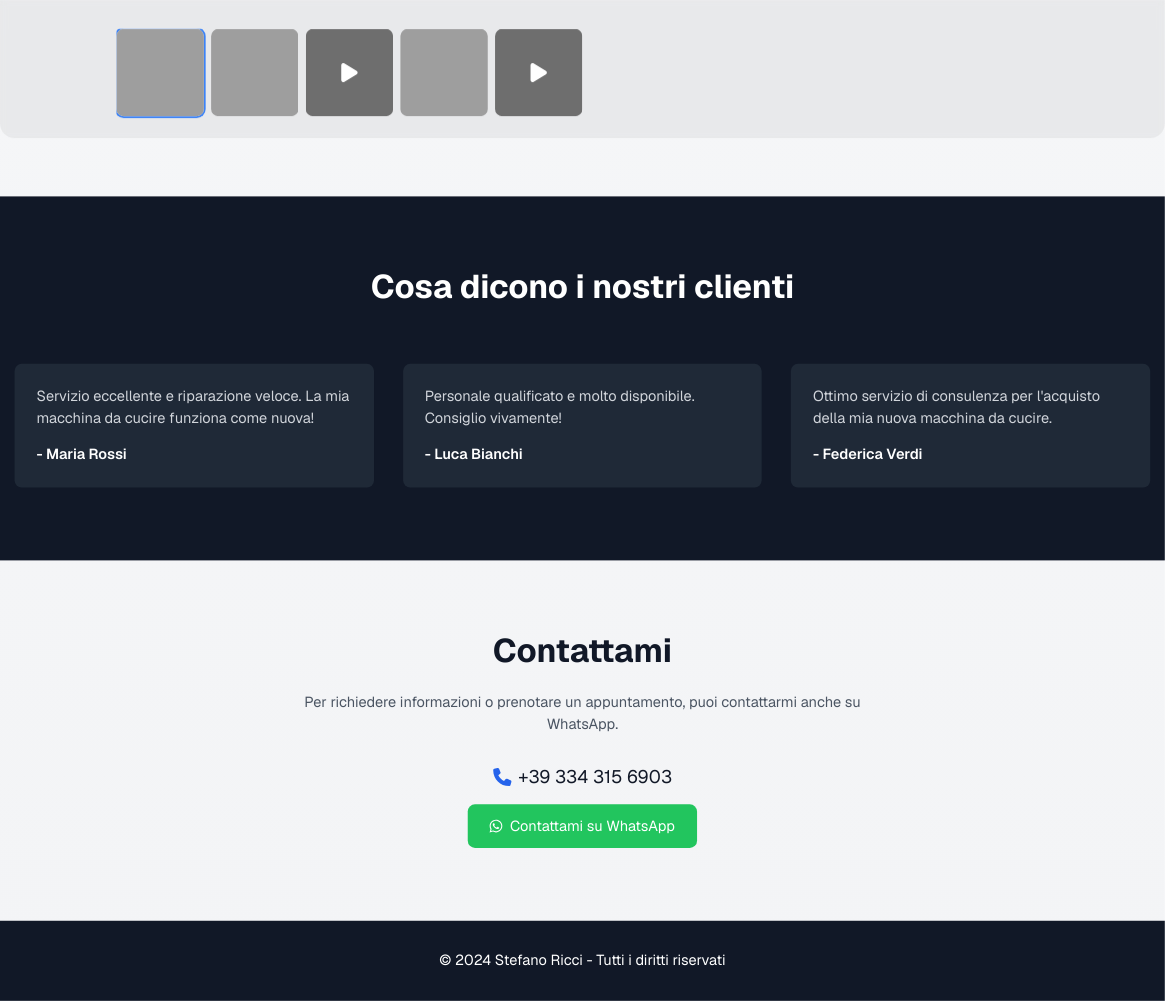
Repository: duttore/do
Page: /
An editor plug-in stored every save of this project. The page is shown before and after the next save, followed by the edit.
The browser window is 1280 px wide. The pictures show the part of the page from y = 1924 to 3024 px (the page is 3024 px tall before and 2988 px after), at 91% of full size.
Pictures or frames that could not be fetched are drawn as grey boxes. The project was rebuilt for these pictures with package versions that can differ from the ones it lists, and the page was loaded fresh each time. Some packages were replaced by stand-ins written for this rebuild. The framework's server and built-in components were replaced by stand-ins that run in the browser. Also part of the build but not shown: next.config.js.

Above is the page before, as saved 2024-10-28 01:58:53.

### src/app/page.tsx
"use client";

import { FontAwesomeIcon } from '@fortawesome/react-fontawesome';
import { faBars, faWrench, faCogs, faCommentDots, faPhone, faInfoCircle, faArrowRight, faPlay, faPause, faChevronLeft, faChevronRight } from '@fortawesome/free-solid-svg-icons';
import { faWhatsapp } from '@fortawesome/free-brands-svg-icons';
import { useState, useEffect, useRef } from 'react';
import Image from 'next/image';
import { motion, AnimatePresence } from 'framer-motion';

const fadeInUp = {
  initial: { opacity: 0, y: 20 },
  whileInView: { opacity: 1, y: 0 },
  viewport: { once: true },
  transition: { duration: 0.5 }
};

const mediaItems = [
  {
    type: 'image',
    url: 'https://cdn.discordapp.com/attachments/1297273560158568598/1299764812267651132/Screenshot_2024-08-21_210751.png',
    thumbnail: 'https://cdn.discordapp.com/attachments/1297273560158568598/1299764812267651132/Screenshot_2024-08-21_210751.png'
  },
  {
    type: 'image',
    url: 'https://cdn.discordapp.com/attachments/1297273560158568598/1299764812925894656/Screenshot_2024-03-03_001724.png',
    thumbnail: 'https://cdn.discordapp.com/attachments/1297273560158568598/1299764812925894656/Screenshot_2024-03-03_001724.png'
  },
  {
    type: 'video',
    url: 'https://cdn.discordapp.com/attachments/1297273560158568598/1299766082802028584/C0C0C0.mp4',
    thumbnail: 'https://cdn.discordapp.com/attachments/1297273560158568598/1299764812267651132/Screenshot_2024-08-21_210751.png'
  },
  {
    type: 'image',
    url: 'https://cdn.discordapp.com/attachments/1297273560158568598/1299764812267651132/Screenshot_2024-08-21_210751.png',
    thumbnail: 'https://cdn.discordapp.com/attachments/1297273560158568598/1299764812267651132/Screenshot_2024-08-21_210751.png'
  },
  {
    type: 'video',
    url: 'https://cdn.discordapp.com/attachments/1297273560158568598/1299766082802028584/C0C0C0.mp4',
    thumbnail: 'https://cdn.discordapp.com/attachments/1297273560158568598/1299764812267651132/Screenshot_2024-08-21_210751.png'
  }
];

const MediaCarousel = () => {
  const [currentIndex, setCurrentIndex] = useState(0);
  const [isPlaying, setIsPlaying] = useState(true);
  const videoRef = useRef<HTMLVideoElement | null>(null);

  const handleNext = () => {
    setCurrentIndex((prev) => (prev + 1) % mediaItems.length);
  };

  const handlePrev = () => {
    setCurrentIndex((prev) => (prev - 1 + mediaItems.length) % mediaItems.length);
  };

  const handleThumbnailClick = (index: number) => {
    setCurrentIndex(index);
  };

  const togglePlay = async () => {
    const currentItem = mediaItems[currentIndex];
    if (currentItem?.type === 'video' && videoRef.current) {
      try {
        if (isPlaying) {
          videoRef.current.pause();
        } else {
          await videoRef.current.play();
        }
        setIsPlaying(!isPlaying);
      } catch (error) {
        console.error('Error playing video:', error);
        if (!isPlaying) {
          setIsPlaying(false);
        }
      }
    }
  };

  const currentItem = mediaItems[currentIndex];

  return (
    <div className="relative bg-black/5 backdrop-blur-sm rounded-2xl p-4 my-16 px-8 lg:px-32">
      <div className="relative aspect-video rounded-xl overflow-hidden mb-8">
        <AnimatePresence mode="wait">
          {currentItem && currentItem.type === 'image' ? (
            <motion.div
              key={`image-${currentIndex}`}
              initial={{ opacity: 0 }}
              animate={{ opacity: 1 }}
              exit={{ opacity: 0 }}
              transition={{ duration: 0.5 }}
            >
              <Image
                src={currentItem.url}
                alt={`Slide ${currentIndex + 1}`}
                layout="fill"
                objectFit="cover"
                priority
              />
            </motion.div>
          ) : (
            currentItem && (
              <motion.video
                key={`video-${currentIndex}`}
                ref={videoRef}
                src={currentItem.url}
                className="w-full h-full object-cover"
                autoPlay
                loop
                muted
                initial={{ opacity: 0 }}
                animate={{ opacity: 1 }}
                exit={{ opacity: 0 }}
                transition={{ duration: 0.5 }}
              />
            )
          )}
        </AnimatePresence>

        <button
          onClick={handlePrev}
          className="absolute left-4 top-1/2 -translate-y-1/2 bg-black/30 hover:bg-black/40 backdrop-blur-md p-2 rounded-full text-white transition-all"
        >
          <FontAwesomeIcon icon={faChevronLeft} className="h-6 w-6" />
        </button>
        <button
          onClick={handleNext}
          className="absolute right-4 top-1/2 -translate-y-1/2 bg-black/30 hover:bg-black/40 backdrop-blur-md p-2 rounded-full text-white transition-all"
        >
          <FontAwesomeIcon icon={faChevronRight} className="h-6 w-6" />
        </button>

        {currentItem?.type === 'video' && (
          <button
            onClick={() => void togglePlay()}
            className="absolute bottom-4 right-4 bg-black/30 hover:bg-black/40 backdrop-blur-md p-2 rounded-full text-white transition-all"
          >
            <FontAwesomeIcon icon={isPlaying ? faPause : faPlay} className="h-6 w-6" />
          </button>
        )}
      </div>

      <div className="mt-4 flex gap-2 overflow-x-auto pb-2 snap-x">
        {mediaItems.map((item, index) => (
          <button
            key={index}
            onClick={() => handleThumbnailClick(index)}
            className={`relative flex-shrink-0 w-24 h-24 rounded-lg overflow-hidden snap-start ${
              currentIndex === index ? 'ring-2 ring-blue-500' : ''
            }`}
          >
            <Image
              src={item.thumbnail}
              alt={`Thumbnail ${index + 1}`}
              width={96}
              height={96}
              className="w-full h-full object-cover"
            />
            {item.type === 'video' && (
              <div className="absolute inset-0 flex items-center justify-center bg-black/30">
                <FontAwesomeIcon icon={faPlay} className="h-6 w-6 text-white" />
              </div>
            )}
          </button>
        ))}
      </div>
    </div>
  );
};

export default function Home() {
  const [menuOpen, setMenuOpen] = useState(false);
  const [scrolled, setScrolled] = useState(false);

  useEffect(() => {
    if (typeof window !== "undefined") {
      const handleScroll = () => {
        setScrolled(window.scrollY > 50);
      };
      window.addEventListener('scroll', handleScroll);
      return () => window.removeEventListener('scroll', handleScroll);
    }
  }, []);

  return (
    <div className="font-sans bg-gradient-to-b from-gray-50 to-gray-100 text-gray-900">
      <header className={`fixed w-full z-50 transition-all duration-300 ${scrolled ? 'bg-white/80 backdrop-blur-md border-b border-gray-200 shadow-lg' : 'bg-transparent'}`}>
        <div className="container mx-auto px-4 py-4">
          <div className="flex justify-between items-center">
            <motion.div
              initial={{ opacity: 0, x: -20 }}
              animate={{ opacity: 1, x: 0 }}
              className="text-2xl md:text-3xl font-bold"
            >
              <a href="#" className={`${scrolled ? 'text-gray-900' : 'text-white'} hover:text-blue-600 transition-colors`}>
                Stefano Ricci
              </a>
            </motion.div>

            <nav className="hidden md:flex space-x-8">
              {[
                { href: '#servizi', icon: faWrench, text: 'Servizi' },
                { href: '#chi-sono', icon: faInfoCircle, text: 'Chi Sono' },
                { href: '#contatti', icon: faPhone, text: 'Contatti' }
              ].map((item, index) => (
                <motion.a
                  key={index}
                  href={item.href}
                  initial={{ opacity: 0, y: -10 }}
                  animate={{ opacity: 1, y: 0 }}
                  transition={{ delay: index * 0.1 }}
                  className={`flex items-center space-x-2 ${scrolled ? 'text-gray-900' : 'text-white'} hover:text-blue-600 transition-colors duration-300`}
                >
                  <FontAwesomeIcon icon={item.icon} className="text-sm" />
                  <span>{item.text}</span>
                </motion.a>
              ))}
            </nav>

            <button
              onClick={() => setMenuOpen(!menuOpen)}
              className={`md:hidden p-2 rounded-lg ${scrolled ? 'text-gray-900' : 'text-white'}`}
            >
              <FontAwesomeIcon icon={faBars} className="text-xl" />
            </button>
          </div>

          {menuOpen && (
            <motion.div
              initial={{ opacity: 0, y: -20 }}
              animate={{ opacity: 1, y: 0 }}
              className="md:hidden absolute top-full left-0 right-0 bg-white shadow-lg rounded-b-lg"
            >
              {[
                { href: '#servizi', icon: faWrench, text: 'Servizi' },
                { href: '#chi-sono', icon: faInfoCircle, text: 'Chi Sono' },
                { href: '#contatti', icon: faPhone, text: 'Contatti' }
              ].map((item, index) => (
                <a
                  key={index}
                  href={item.href}
                  onClick={() => setMenuOpen(false)}
                  className="flex items-center space-x-2 px-6 py-4 hover:bg-gray-50 text-gray-900"
                >
                  <FontAwesomeIcon icon={item.icon} />
                  <span>{item.text}</span>
                </a>
              ))}
            </motion.div>
          )}
        </div>
      </header>

      <section className="relative min-h-screen flex items-center">
        <div className="absolute inset-0">
          <Image
            src="https://milanimacchinepercucire.com/wp-content/uploads/2024/02/milani_shop_desio-1024x575.webp"
            alt="Negozio Macchine da Cucire"
            layout="fill"
            objectFit="cover"
            priority
            className="brightness-50"
          />
        </div>
        <div className="container mx-auto px-4 relative z-10 pt-24">
          <motion.div
            initial={{ opacity: 0, y: 30 }}
            animate={{ opacity: 1, y: 0 }}
            transition={{ duration: 0.8 }}
            className="max-w-3xl mx-auto text-center text-white"
          >
            <h1 className="text-4xl md:text-6xl font-bold leading-tight mb-6">
              Assistenza Professionale per Macchine da Cucire
            </h1>
            <p className="text-xl md:text-2xl mb-8 text-gray-200">
              Riparazioni rapide ed efficienti per garantire il massimo delle prestazioni della tua macchina da cucire.
            </p>
            <div className="flex flex-col sm:flex-row justify-center gap-4">
              <a
                href="#servizi"
                className="inline-flex items-center space-x-2 bg-blue-600 text-white px-6 sm:px-8 py-3 sm:py-4 rounded-full hover:bg-blue-700 transition-colors duration-300 shadow-lg w-full sm:w-auto text-center"
              >
                <span>Scopri i servizi</span>
                <FontAwesomeIcon icon={faArrowRight} />
              </a>
              <a
                href="https://wa.me/393343156903"
                target="_blank"
                rel="noopener noreferrer"
                className="inline-flex items-center space-x-2 bg-green-500 text-white px-6 sm:px-8 py-3 sm:py-4 rounded-full hover:bg-green-600 transition-colors duration-300 shadow-lg w-full sm:w-auto text-center"
              >
                <FontAwesomeIcon icon={faWhatsapp} />
                <span>Contattami</span>
              </a>
            </div>
          </motion.div>
        </div>
      </section>

      <section id="servizi" className="py-20">
        <div className="container mx-auto px-4">
          <motion.div {...fadeInUp} className="text-center mb-16">
            <h2 className="text-3xl md:text-4xl font-bold mb-4">I nostri servizi</h2>
            <p className="text-gray-600 max-w-2xl mx-auto">
              Offriamo soluzioni complete per la manutenzione e riparazione della tua macchina da cucire
            </p>
          </motion.div>

          <div className="grid grid-cols-1 md:grid-cols-3 gap-8">
            {[
              { icon: faWrench, title: 'Riparazioni', description: 'Riparazioni complete per ogni tipo di macchina da cucire, meccanica o elettronica.' },
              { icon: faCogs, title: 'Manutenzione', description: 'Controllo e manutenzione preventiva per mantenere la macchina in condizioni ottimali.' },
              { icon: faCommentDots, title: 'Consulenza', description: 'Consulenza personalizzata per l\'acquisto di nuove macchine da cucire e accessori.' }
            ].map((service, index) => (
              <motion.div
                key={index}
                initial={{ opacity: 0, y: 20 }}
                whileInView={{ opacity: 1, y: 0 }}
                transition={{ delay: index * 0.2 }}
                viewport={{ once: true }}
                className="bg-white p-8 rounded-2xl shadow-lg hover:shadow-xl transition-shadow duration-300"
              >
                <div className="bg-blue-100 w-16 h-16 rounded-full flex items-center justify-center mx-auto mb-6">
                  <FontAwesomeIcon icon={service.icon} className="text-blue-600 text-2xl" />
                </div>
                <h3 className="text-xl font-bold mb-4">{service.title}</h3>
                <p className="text-gray-600">{service.description}</p>
              </motion.div>
            ))}
          </div>
        </div>
      </section>

      <MediaCarousel />

      <section id="testimonials" className="py-20 bg-gray-900 text-white">
        <div className="container mx-auto px-4">
          <motion.div {...fadeInUp} className="text-center mb-16">
            <h2 className="text-3xl md:text-4xl font-bold mb-4">Cosa dicono i nostri clienti</h2>
          </motion.div>

          <div className="grid grid-cols-1 md:grid-cols-3 gap-8">
            {[
              { text: "Servizio eccellente e riparazione veloce. La mia macchina da cucire funziona come nuova!", name: "Maria Rossi" },
              { text: "Personale qualificato e molto disponibile. Consiglio vivamente!", name: "Luca Bianchi" },
              { text: "Ottimo servizio di consulenza per l'acquisto della mia nuova macchina da cucire.", name: "Federica Verdi" }
            ].map((testimonial, index) => (
              <motion.div
                key={index}
                initial={{ opacity: 0, scale: 0.9 }}
                whileInView={{ opacity: 1, scale: 1 }}
                transition={{ delay: index * 0.2 }}
                viewport={{ once: true }}
                className="bg-gray-800 p-6 rounded-lg"
              >
                <p className="mb-4 text-gray-300">{testimonial.text}</p>
                <p className="font-semibold">- {testimonial.name}</p>
              </motion.div>
            ))}
          </div>
        </div>
      </section>

      <section id="contatti" className="py-20">
        <div className="container mx-auto px-4">
          <motion.div {...fadeInUp} className="text-center max-w-2xl mx-auto">
            <h2 className="text-3xl md:text-4xl font-bold mb-6">Contattami</h2>
            <p className="text-gray-600 mb-8">
              Per richiedere informazioni o prenotare un appuntamento, puoi contattarmi anche su WhatsApp.
            </p>
            <div className="space-y-4">
              <a
                href="tel:+393343156903"
                className="flex items-center justify-center space-x-2 text-xl"
              >
                <FontAwesomeIcon icon={faPhone} className="text-blue-600" />
                <span>+39 334 315 6903</span>
              </a>
              <a
                href="https://wa.me/393343156903"
                target="_blank"
                rel="noopener noreferrer"
                className="inline-flex items-center space-x-2 bg-green-500 text-white px-6 py-3 rounded-lg hover:bg-green-600 transition-colors duration-300"
              >
                <FontAwesomeIcon icon={faWhatsapp} />
                <span>Contattami su WhatsApp</span>
              </a>
            </div>
          </motion.div>
        </div>
      </section>

      <footer className="bg-gray-900 text-white py-8">
        <div className="container mx-auto px-4 text-center">
          <p>&copy; {new Date().getFullYear()} Stefano Ricci - Tutti i diritti riservati</p>
        </div>
      </footer>
    </div>
  );
}

### src/styles/globals.css
/* Import Tailwind's base styles, components, and utilities */
@tailwind base;
@tailwind components;
@tailwind utilities;

/* Global Reset */
*,
*::before,
*::after {
  box-sizing: border-box;
  margin: 0;
  padding: 0;
}

/* Ensure html and body take full height and support smooth scrolling */
html, body {
  height: 100%;
  scroll-behavior: smooth;
  font-family: var(--font-geist-sans);
}

/* Anchor tag reset and styles */
a {
  text-decoration: none;
  color: inherit;
  cursor: pointer;
}

/* Add consistent button styling */
button {
  cursor: pointer;
  background: none;
  border: none;
  font-family: inherit; /* Inherit font styles */
}

/* Utility class for smooth transitions */
.transition-all {
  transition: all 0.3s ease-in-out;
}

/* Section base styling */
section {
  padding-top: 2rem;
  padding-bottom: 2rem;
}

/* Define the custom CSS variable for the font */
:root {
  --font-geist-sans: 'Geist Sans', sans-serif;
}

/* Scrollbar styling for Webkit-based browsers (Chrome, Safari) */
body::-webkit-scrollbar {
  width: 8px;
}

body::-webkit-scrollbar-track {
  background: #f1f1f1; /* Background of the scrollbar track */
}

body::-webkit-scrollbar-thumb {
  background-color: #888; /* Color of the scrollbar handle */
  border-radius: 10px; /* Rounded corners */
}

body::-webkit-scrollbar-thumb:hover {
  background: #555; /* Darker color on hover */
}

/* Hero section image styling for better responsiveness */
.hero-image {
  object-fit: cover;
  width: 100%;
  height: auto;
}

/* Ensures fixed elements (like headers) don’t block content unintentionally */
header {
  z-index: 50;
}

/* Specific classes for the mobile menu */
.mobile-menu {
  position: fixed;
  top: 0;
  left: 0;
  width: 100%;
  height: 100vh;
  background-color: rgba(255, 255, 255, 0.95);
  z-index: 100;
  display: flex;
  flex-direction: column;
  justify-content: center;
  align-items: center;
}

/* Mobile menu list styling */
.mobile-menu ul {
  list-style: none;
  padding: 0;
}

.mobile-menu li {
  margin: 20px 0;
  font-size: 1.5rem;
}

/* Responsive Hero Buttons */
.hero-button {
  padding: 0.8rem 1.2rem;
  font-size: 0.875rem;
  border-radius: 0.375rem;
  transition: background-color 0.3s ease, transform 0.2s ease;
}

.hero-button:hover {
  transform: translateY(-2px);
}

@media (max-width: 640px) {
  .hero-button {
    padding: 0.6rem 1rem;
    font-size: 0.75rem;
    width: 100%; /* Make buttons full width */
  }

  .hero {
    padding-top: 4vh;
    padding-bottom: 4vh;
  }

  .carousel-container {
    padding: 0 0.5rem; /* Reduce padding for small screens */
  }
}

/* Responsive Carousel Styling */
.carousel-item {
  max-width: 80%;
  margin: 0 auto;
}

.carousel-preview {
  height: 150px;
  object-fit: cover;
}

@media (max-width: 640px) {
  .carousel-item {
    max-width: 90%;
  }

  .carousel-preview {
    height: 100px; /* Smaller height for previews */
  }
}

### tailwind.config.ts
import { type Config } from "tailwindcss";
import { fontFamily } from "tailwindcss/defaultTheme";

export default {
  content: [
    "./src/**/*.{js,ts,jsx,tsx}", // Ensure you cover all potential file extensions used in your components
    "./pages/**/*.{js,ts,jsx,tsx}", // Include pages directory if applicable
    "./components/**/*.{js,ts,jsx,tsx}", // Include components directory
  ],
  theme: {
    extend: {
      fontFamily: {
        sans: ["var(--font-geist-sans)", ...fontFamily.sans],
      },
    },
  },
  plugins: [],
} satisfies Config;

Loaded but not shown: src/app/layout.tsx (common file)

After the next save:
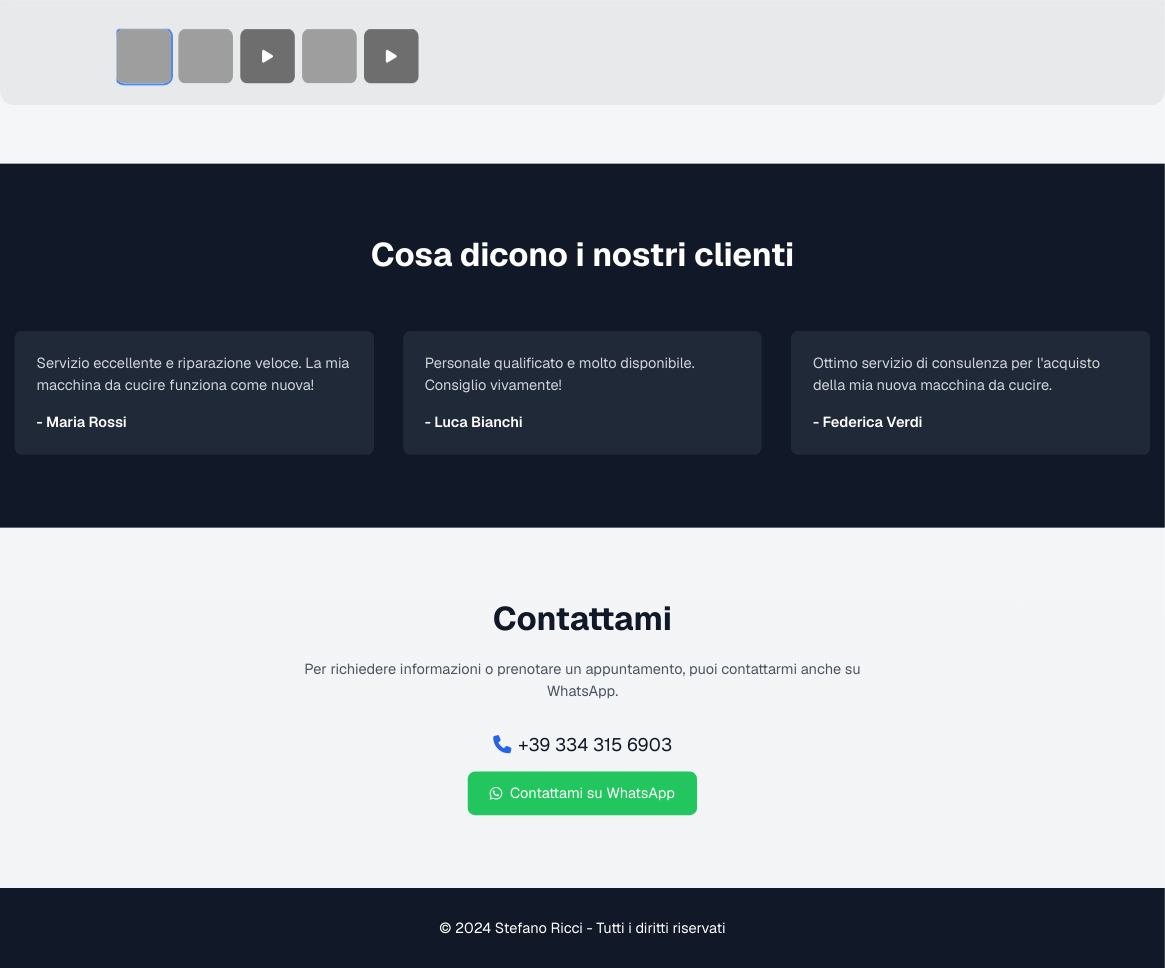
Saved 88 s later.
--- a/src/app/page.tsx
+++ b/src/app/page.tsx
@@ -81,8 +81,8 @@ const MediaCarousel = () => {
   const currentItem = mediaItems[currentIndex];
 
   return (
-    <div className="relative bg-black/5 backdrop-blur-sm rounded-2xl p-4 my-16 px-8 lg:px-32">
-      <div className="relative aspect-video rounded-xl overflow-hidden mb-8">
+    <div className="relative bg-black/5 backdrop-blur-sm rounded-2xl p-2 sm:p-4 my-8 sm:my-16 px-4 lg:px-32">
+      <div className="relative aspect-video rounded-xl overflow-hidden mb-4 sm:mb-8">
         <AnimatePresence mode="wait">
           {currentItem && currentItem.type === 'image' ? (
             <motion.div
@@ -142,25 +142,31 @@ const MediaCarousel = () => {
         )}
       </div>
 
-      <div className="mt-4 flex gap-2 overflow-x-auto pb-2 snap-x">
+      <div className="mt-2 sm:mt-4 flex gap-2 overflow-x-auto pb-2 snap-x">
         {mediaItems.map((item, index) => (
           <button
             key={index}
             onClick={() => handleThumbnailClick(index)}
-            className={`relative flex-shrink-0 w-24 h-24 rounded-lg overflow-hidden snap-start ${
+            className={`relative flex-shrink-0 ${
               currentIndex === index ? 'ring-2 ring-blue-500' : ''
             }`}
+            style={{
+              width: '60px',
+              height: '60px',
+              borderRadius: '8px',
+              overflow: 'hidden',
+            }}
           >
             <Image
               src={item.thumbnail}
               alt={`Thumbnail ${index + 1}`}
-              width={96}
-              height={96}
-              className="w-full h-full object-cover"
+              width={60}
+              height={60}
+              className="object-cover w-full h-full"
             />
             {item.type === 'video' && (
               <div className="absolute inset-0 flex items-center justify-center bg-black/30">
-                <FontAwesomeIcon icon={faPlay} className="h-6 w-6 text-white" />
+                <FontAwesomeIcon icon={faPlay} className="h-4 w-4 text-white" />
               </div>
             )}
           </button>
@@ -169,6 +175,7 @@ const MediaCarousel = () => {
     </div>
   );
 };
+
 
 export default function Home() {
   const [menuOpen, setMenuOpen] = useState(false);
